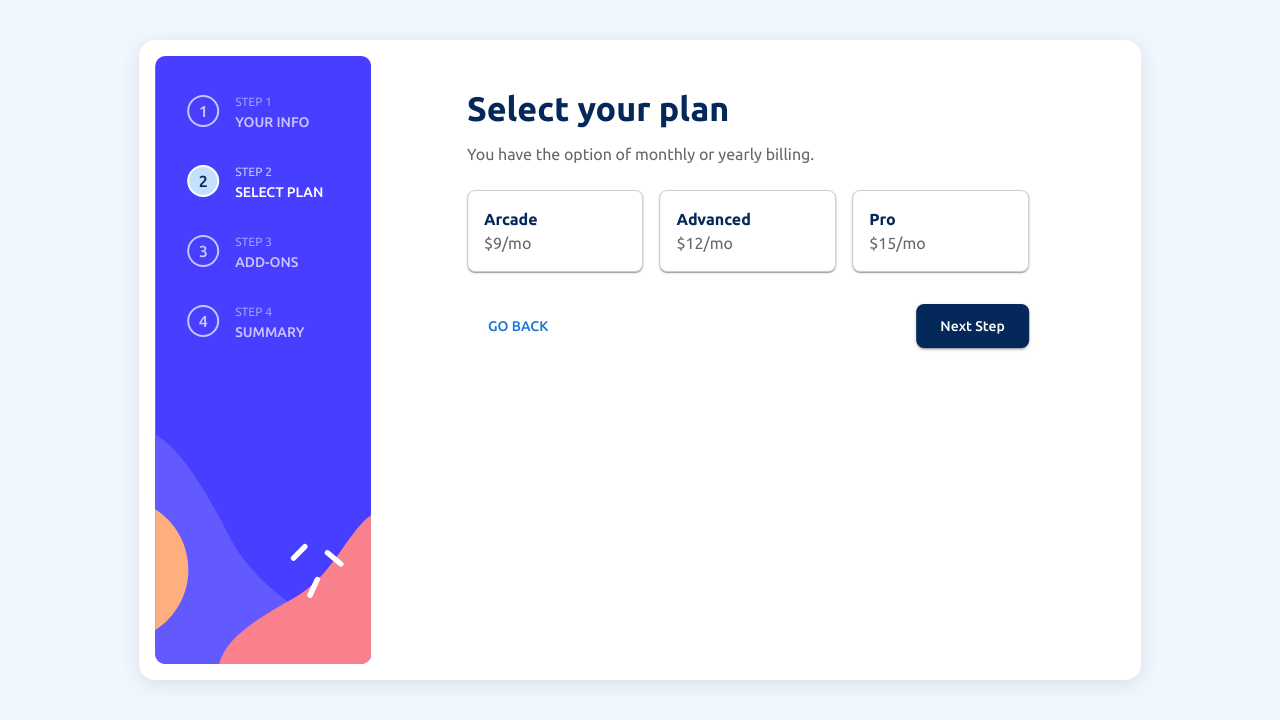
Repository: ozerrrs/chalange7days
Page: / (app in 7dayschalange/7dayschallange/), after clicking the first element matching `button.MuiButtonBase-root`
The author's editor kept a copy of each file at every save. The page is drawn from the files as they stood at one save, then again after the next save.
The browser window is 1280 px wide. The pictures show the whole page.
The project was rebuilt for these pictures with package versions that can differ from the ones it lists, and the page was loaded fresh each time. Also part of the build but not shown: 7dayschalange/7dayschallange/vite.config.js.

Above is the page before, as saved 2025-03-05 15:06:46.

### 7dayschalange/7dayschallange/src/main.jsx
import * as React from "react";
import * as ReactDOM from "react-dom/client";
import { ThemeProvider } from "@mui/material/styles";
import { CssBaseline } from "@mui/material";
import theme from "./theme/theme";
import App from "./App";
import "./index.css";
ReactDOM.createRoot(document.getElementById("root")).render(
  <React.StrictMode>
    <ThemeProvider theme={theme}>
      <CssBaseline />
      <App />
    </ThemeProvider>
  </React.StrictMode>
);

### 7dayschalange/7dayschallange/src/theme/theme.jsx
import { createTheme } from "@mui/material/styles";

const theme = createTheme({
  typography: {
    fontFamily: "'Ubuntu', sans-serif",
    h4: {
      fontWeight: 700,
    },
    h2: {
      fontWeight: 500,
    },
  },
  components: {
    MuiCssBaseline: {
      styleOverrides: `
        body {
          background-color: #f0f7ff;
        }
      `,
    },
  },
});

export default theme;

### 7dayschalange/7dayschallange/src/App.jsx
import { Routes, Route, BrowserRouter } from "react-router-dom";
import FirstPage from "./pages/firstPage";
import "@fontsource/ubuntu/400.css"; // Regular
import "@fontsource/ubuntu/500.css"; // Medium
import "@fontsource/ubuntu/700.css"; // Bold
function App() {
  return (
    <BrowserRouter>
      <Routes>
        <Route path="/" element={<FirstPage />} />
        {/* <Route path="/about" element={<About />} />
          <Route path="/login" element={<Login />} />
          <Route path="/register" element={<Register />} /> */}
      </Routes>
    </BrowserRouter>
  );
}
export default App;

### 7dayschalange/7dayschallange/src/index.css
#root {
  height: 100vh;
  width: 100vw;
  background-color: #f0f7ff;
}

### 7dayschalange/7dayschallange/src/pages/firstPage.jsx
import React, { useState } from "react";
import {
  Box,
  TextField,
  Typography,
  Button,
  Stepper,
  Step,
  StepLabel,
  Paper,
  Container,
  Grid,
  CssBaseline,
} from "@mui/material";
import { styled, ThemeProvider } from "@mui/material/styles";
// Import the background image for the sidebar
import backgroundNav from "../assets/bg-sidebar-desktop.svg"; // Adjust the path as needed

const FormContainer = styled(Paper)(({ theme }) => ({
  padding: theme.spacing(2),
  borderRadius: 16,
  boxShadow: "0px 4px 20px rgba(0, 0, 0, 0.1)",
  display: "flex",
  overflow: "hidden",
  minWidth: 1000,
  minHeight: 640,
  margin: "0 auto",
  position: "absolute",
  top: "50%",
  left: "50%",
  transform: "translate(-50%, -50%)",
}));

const SideBar = styled(Box)(({ theme }) => ({
  padding: theme.spacing(4),
  borderRadius: "10px 10px 10px 10px",
  color: "white",
  width: 274,
  position: "relative",
  overflow: "hidden",
  background: "none",
  minHeight: 568,
}));

const ContentArea = styled(Box)(({ theme }) => ({
  paddingLeft: theme.spacing(12),
  paddingRight: theme.spacing(12),
  paddingTop: theme.spacing(4),
  paddingBottom: theme.spacing(4),
  width: "100%",
}));

const NextButton = styled(Button)(({ theme }) => ({
  backgroundColor: "#04285a",
  color: "white",
  borderRadius: 8,
  padding: "10px 24px",
  textTransform: "none", // This prevents uppercase text

  "&:hover": {
    backgroundColor: "#172b4d",
  },
}));
const StyledTextField = styled(TextField)(({ theme }) => ({
  marginBottom: theme.spacing(2),
  "& .MuiOutlinedInput-root": {
    borderRadius: "10px",
    "& fieldset": {
      borderRadius: "10px",
    },
  },
}));

const StepNumber = styled(Box)(({ theme, active }) => ({
  width: 32,
  height: 32,
  borderRadius: "50%",
  border: "2px solid white",
  display: "flex",
  alignItems: "center",
  justifyContent: "center",
  marginRight: theme.spacing(2),
  backgroundColor: active ? "#c3e0ff" : "transparent", // Blue background when active
  color: active ? "#04285a" : "white",
  fontWeight: 500,
}));

const StepItem = styled(Box)(({ theme, active }) => ({
  display: "flex",
  alignItems: "center",
  marginBottom: theme.spacing(3),
  opacity: active ? 1 : 0.7,
}));

const steps = [
  { label: "YOUR INFO", description: "Personal details" },
  { label: "SELECT PLAN", description: "Choose your plan" },
  { label: "ADD-ONS", description: "Add extra features" },
  { label: "SUMMARY", description: "Review your order" },
];

function MultiStepForm() {
  const [activeStep, setActiveStep] = useState(0);
  const [formData, setFormData] = useState({
    name: "",
    email: "",
    phone: "",
  });

  const handleInputChange = (e) => {
    const { name, value } = e.target;
    setFormData({
      ...formData,
      [name]: value,
    });
  };

  const handleNext = () => {
    setActiveStep((prevActiveStep) => prevActiveStep + 1);
  };

  const handleBack = () => {
    setActiveStep((prevActiveStep) => prevActiveStep - 1);
  };

  const getStepContent = (step) => {
    switch (step) {
      case 0:
        return (
          <Box>
            <Typography
              variant="h4"
              gutterBottom
              fontWeight="bold"
              sx={{ color: "#04285a" }}
            >
              Personal info
            </Typography>
            <Typography color="textSecondary" paragraph>
              Please provide your name, email address, and phone number.
            </Typography>

            <Box mt={3}>
              <Typography fontWeight={500} mb={1} sx={{ color: "#04285a" }}>
                Name
              </Typography>
              <StyledTextField
                fullWidth
                placeholder="e.g. Stephen King"
                name="name"
                value={formData.name}
                onChange={handleInputChange}
                variant="outlined"
              />

              <Typography fontWeight={500} mb={1} sx={{ color: "#04285a" }}>
                Email Address
              </Typography>

              <StyledTextField
                fullWidth
                placeholder="e.g. stephenking@lorem.com"
                name="email"
                value={formData.email}
                onChange={handleInputChange}
                variant="outlined"
              />

              <Typography fontWeight={500} mb={1} sx={{ color: "#04285a" }}>
                Phone Number
              </Typography>

              <StyledTextField
                fullWidth
                placeholder="e.g. +1 234 567 890"
                name="phone"
                value={formData.phone}
                onChange={handleInputChange}
                variant="outlined"
                sx={{ mb: 8 }}
              />
            </Box>
          </Box>
        );
      case 1:
        return (
          <Box>
            <Typography
              variant="h4"
              gutterBottom
              fontWeight="bold"
              sx={{ color: "#04285a" }}
            >
              Select your plan
            </Typography>
            <Typography color="textSecondary" paragraph>
              You have the option of monthly or yearly billing.
            </Typography>

            {/* Plan selection content will go here */}
            <Box mt={3} sx={{ display: "flex", gap: 2 }}>
              {/* Example plan cards would go here */}
              <Paper
                sx={{
                  p: 2,
                  borderRadius: 2,
                  flex: 1,
                  border: "1px solid #ccc",
                }}
              >
                <Typography fontWeight="bold" sx={{ color: "#04285a" }}>
                  Arcade
                </Typography>
                <Typography color="textSecondary">$9/mo</Typography>
              </Paper>

              <Paper
                sx={{
                  p: 2,
                  borderRadius: 2,
                  flex: 1,
                  border: "1px solid #ccc",
                }}
              >
                <Typography fontWeight="bold" sx={{ color: "#04285a" }}>
                  Advanced
                </Typography>
                <Typography color="textSecondary">$12/mo</Typography>
              </Paper>

              <Paper
                sx={{
                  p: 2,
                  borderRadius: 2,
                  flex: 1,
                  border: "1px solid #ccc",
                }}
              >
                <Typography fontWeight="bold" sx={{ color: "#04285a" }}>
                  Pro
                </Typography>
                <Typography color="textSecondary">$15/mo</Typography>
              </Paper>
            </Box>
          </Box>
        );
      case 2:
        return (
          <Box>
            <Typography
              variant="h4"
              gutterBottom
              fontWeight="bold"
              sx={{ color: "#04285a" }}
            >
              Pick add-ons
            </Typography>
            <Typography color="textSecondary" paragraph>
              Add-ons help enhance your gaming experience.
            </Typography>
          </Box>
        );
      case 3:
        return (
          <Box>
            <Typography
              variant="h4"
              gutterBottom
              fontWeight="bold"
              sx={{ color: "#04285a" }}
            >
              Summary
            </Typography>
            <Typography color="textSecondary" paragraph>
              Please confirm your selections.
            </Typography>
          </Box>
        );
      default:
        return "Unknown step";
    }
  };

  return (
    <FormContainer>
      <SideBar>
        <Box
          sx={{
            position: "absolute",
            top: 0,
            left: 0,
            width: "100%",
            height: "100%",
            zIndex: 0,
          }}
        >
          <img
            src={backgroundNav}
            alt="background"
            style={{ width: "100%", height: "100%", objectFit: "cover" }}
          />
        </Box>
        <Box sx={{ position: "relative", zIndex: 1 }}>
          {steps.map((step, index) => (
            <StepItem key={index} active={activeStep === index}>
              <StepNumber active={activeStep === index}>{index + 1}</StepNumber>

              <Box>
                <Typography variant="caption" sx={{ opacity: 0.7 }}>
                  STEP {index + 1}
                </Typography>
                <Typography variant="subtitle2">{step.label}</Typography>
              </Box>
            </StepItem>
          ))}
        </Box>
      </SideBar>

      <ContentArea>
        {getStepContent(activeStep)}

        <Box sx={{ display: "flex", justifyContent: "flex-end", mt: 4 }}>
          {activeStep !== 0 && (
            <Button
              onClick={handleBack}
              sx={{ mr: 45, color: "textSecondary" }}
            >
              Go Back
            </Button>
          )}
          <NextButton variant="contained" onClick={handleNext}>
            Next Step
          </NextButton>
        </Box>
      </ContentArea>
    </FormContainer>
  );
}

export default MultiStepForm;

Loaded but not shown: 7dayschalange/7dayschallange/index.html (common file)

After the next save:
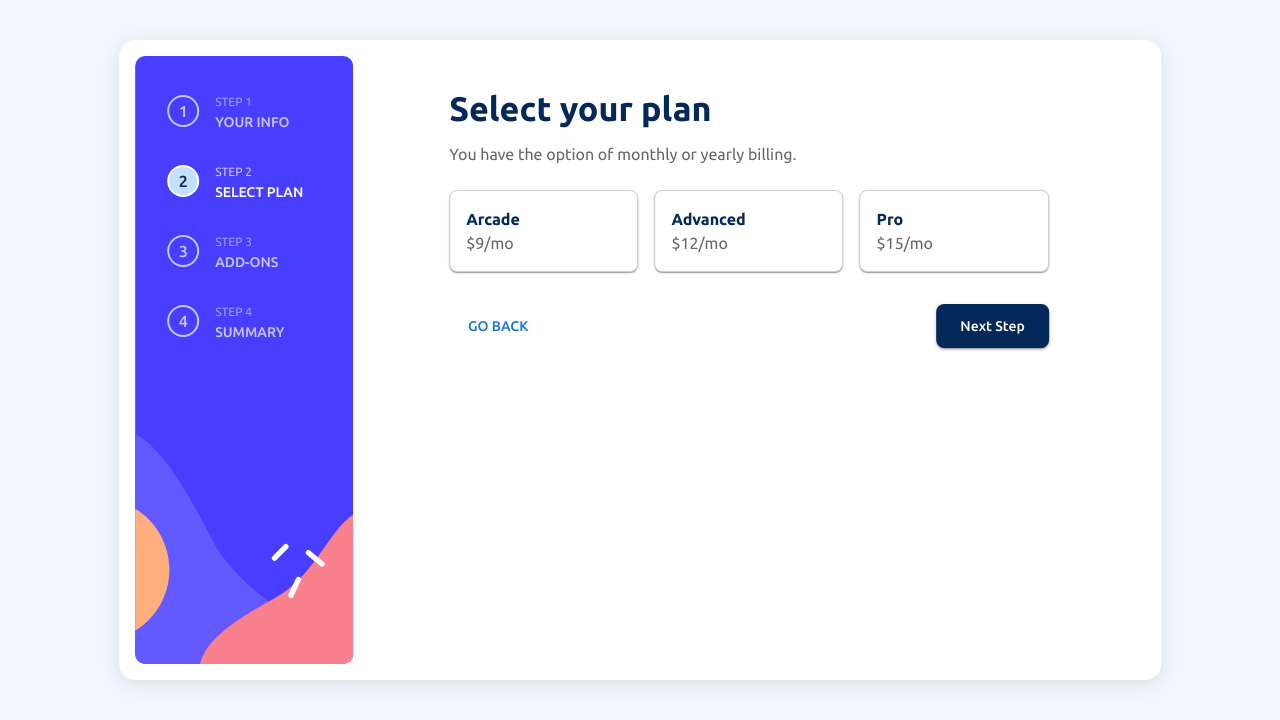
Saved 2 min 59 s later.
--- a/7dayschalange/7dayschallange/src/pages/firstPage.jsx
+++ b/7dayschalange/7dayschallange/src/pages/firstPage.jsx
@@ -323,7 +323,7 @@ function MultiStepForm() {
           {activeStep !== 0 && (
             <Button
               onClick={handleBack}
-              sx={{ mr: 45, color: "textSecondary" }}
+              sx={{ mr: 50, color: "textSecondary" }}
             >
               Go Back
             </Button>
